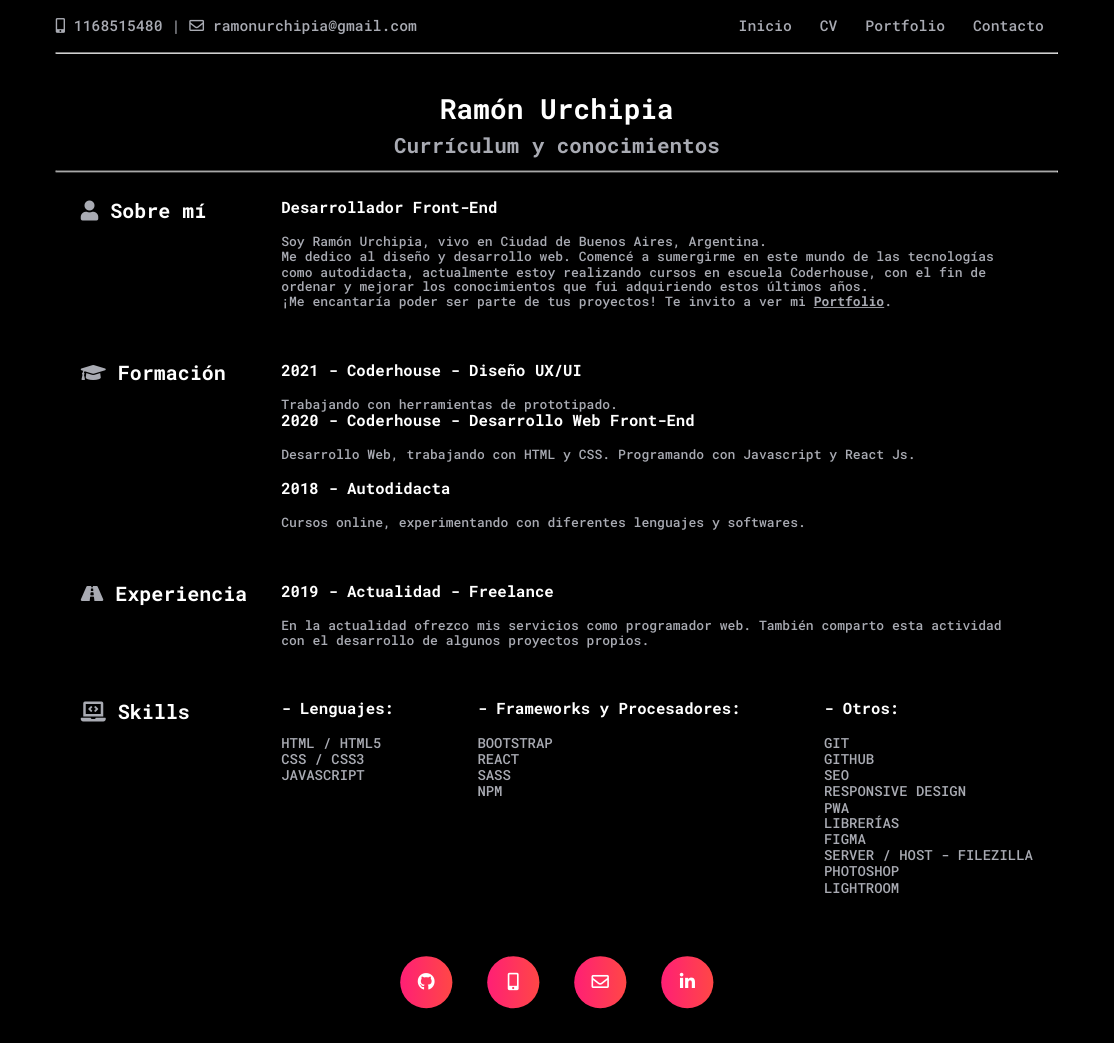
Repository: r-urchi/Portfolio
Page: curriculum.html
An editor plug-in stored every save of this project. The page is shown before and after a run of saves, followed by the edit.
The browser window is 1280 px wide. The pictures show the whole page, at 87% of full size.
Some web libraries are served in a nearby version.

Above is the page before, as saved 2021-01-24 12:06:39.

After the next 2 saves:
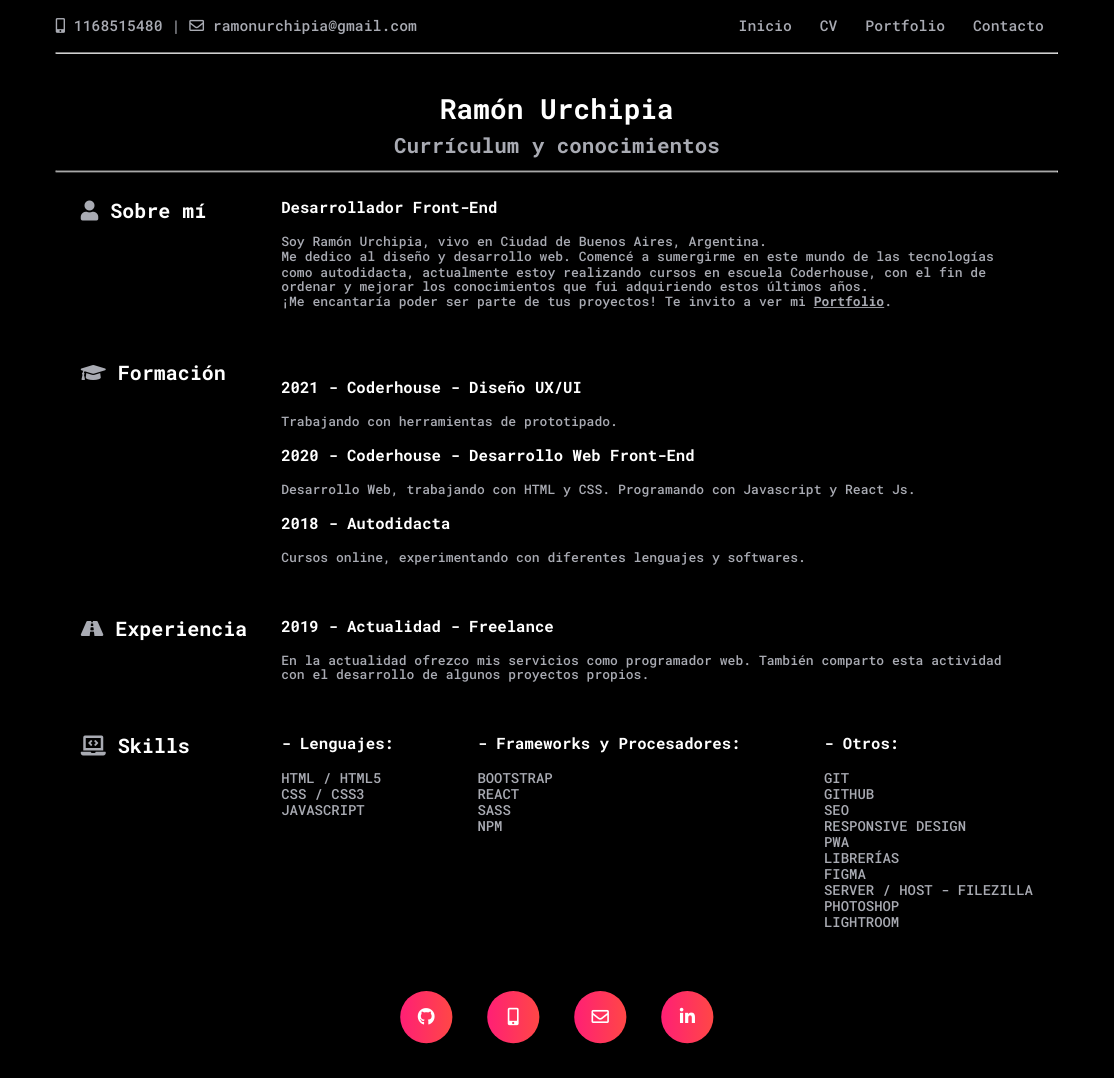
The 2 saves are shown as one change because they came seconds apart.
The last was saved 3 min 23 s later.
--- a/curriculum.html
+++ b/curriculum.html
@@ -72,10 +72,10 @@
         </div>
 
         <div class="curriculum__descripcion">
-          <h4>2021 - Coderhouse - Diseño UX/UI</h4>
+          <h4 class="curriculum__segundo-titulo">2021 - Coderhouse - Diseño UX/UI</h4>
           <p>Trabajando con herramientas de prototipado.</p>
 
-          <h4>2020 - Coderhouse - Desarrollo Web Front-End</h4>
+          <h4 class="curriculum__segundo-titulo">2020 - Coderhouse - Desarrollo Web Front-End</h4>
           <p>Desarrollo Web, trabajando con HTML y CSS. Programando con Javascript y React Js.</p>
 
           <h4 class="curriculum__segundo-titulo">2018 - Autodidacta</h4>
